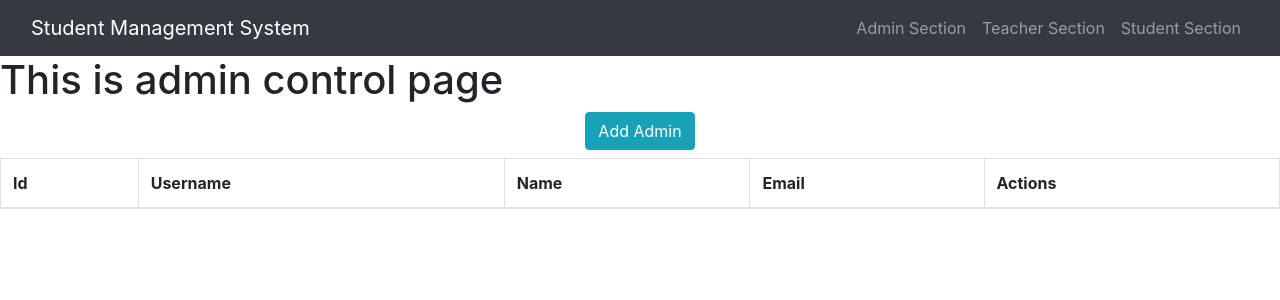
Repository: arupmaji404/StudentManagementSystem
Page: http://localhost/admin/admincontrol
An editor plug-in stored every save of this project. The page is shown before and after the next save, followed by the edit.
The browser window is 1280 px wide. The pictures show the whole page.
The page is this project's Thymeleaf template; nobody is signed in. The template is opened directly, without the code that normally fills it, so the values that code supplies are empty.

Above is the page before, as saved 2022-09-11 05:25:12.

### StudentManagementSystem/src/main/resources/templates/admin/admincontrol.html

<!DOCTYPE html>
<html lang="en" xmlns:th="http://www.thymeleaf.org">
<head>
<meta charset="ISO-8859-1">
<title>Employee</title>
<link rel="stylesheet"
	href="https://stackpath.bootstrapcdn.com/bootstrap/4.1.3/css/bootstrap.min.css"
	integrity="sha384-MCw98/SFnGE8fJT3GXwEOngsV7Zt27NXFoaoApmYm81iuXoPkFOJwJ8ERdknLPMO"
	crossorigin="anonymous">
</head>
<body>
	<div th:insert="navbar :: navbar"></div>
	<h1>This is admin control page</h1>
	<div class="text-center mb-2">
		<a th:href="@{/addAdminForm}" class="btn btn-info">Add Admin</a>
	</div>
	<table class="table table-bordered table-striped">
		<thead>
			<tr>
				<th>Id</th>
				<th>Username</th>
				<th>Name</th>
				<th>Email</th>
				<th>Actions</th>
			</tr>
		</thead>
		<tbody>
			<tr th:if="${admins.empty}">
				<td colspan="5">No Users Available</td>
			</tr>
			<tr th:each="admin : ${admins}">
				<td><span th:text="${admin.id}"> Id </span></td>
				<td><span th:text="${admin.username}"> Username </span></td>
				<td><span th:text="${admin.name}"> Name </span></td>
				<td><span th:text="${admin.email}"> Email </span></td>
				<td><a th:href="@{/showAdminUpdateForm(adminId=${admin.id})}"
					class="btn btn-info">Update</a> <a
					th:href="@{/deleteAdmin(adminId=${admin.id})}"
					class="btn btn-danger m1-2">Delete</a></td>
			</tr>
		</tbody>
	</table>
</body>
</html>

### StudentManagementSystem/src/main/resources/templates/navbar.html
<!DOCTYPE html>
<html xmlns:th="http://www.thymeleaf.org">
<head>
    <meta charset="UTF-8">
    <title>NavigationBar</title>

</head>
<body>

<nav th:fragment="navbar" class="navbar navbar-expand-md bg-dark navbar-dark">
    <div class="container-fluid">
        <div class="navbar-header">
            <a class="navbar-brand" th:href="@{/adminIndex}">Student Management System</a>
        </div>
        <ul class="nav navbar-nav">
            <li><a class="nav-link" th:href="@{/admin-control}">Admin Section</a></li>

            <li><a class="nav-link" th:href="@{/teacher-control}">Teacher Section</a></li>

            <li><a class="nav-link" th:href="@{/student-control}">Student Section</a></li>
        </ul>
    </div>
</nav>

</body>
</html>

After the next save:
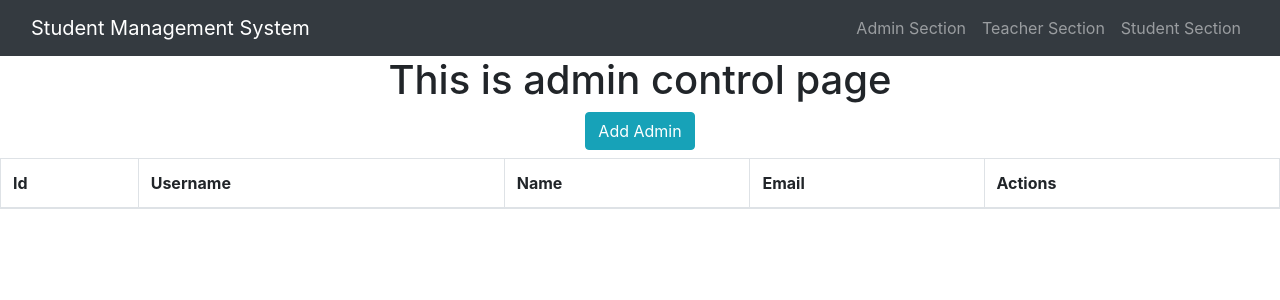
Saved 2 min 44 s later.
--- a/StudentManagementSystem/src/main/resources/templates/admin/admincontrol.html
+++ b/StudentManagementSystem/src/main/resources/templates/admin/admincontrol.html
@@ -11,8 +11,9 @@
 </head>
 <body>
 	<div th:insert="navbar :: navbar"></div>
-	<h1>This is admin control page</h1>
 	<div class="text-center mb-2">
+		<h1>This is admin control page</h1>
+
 		<a th:href="@{/addAdminForm}" class="btn btn-info">Add Admin</a>
 	</div>
 	<table class="table table-bordered table-striped">
